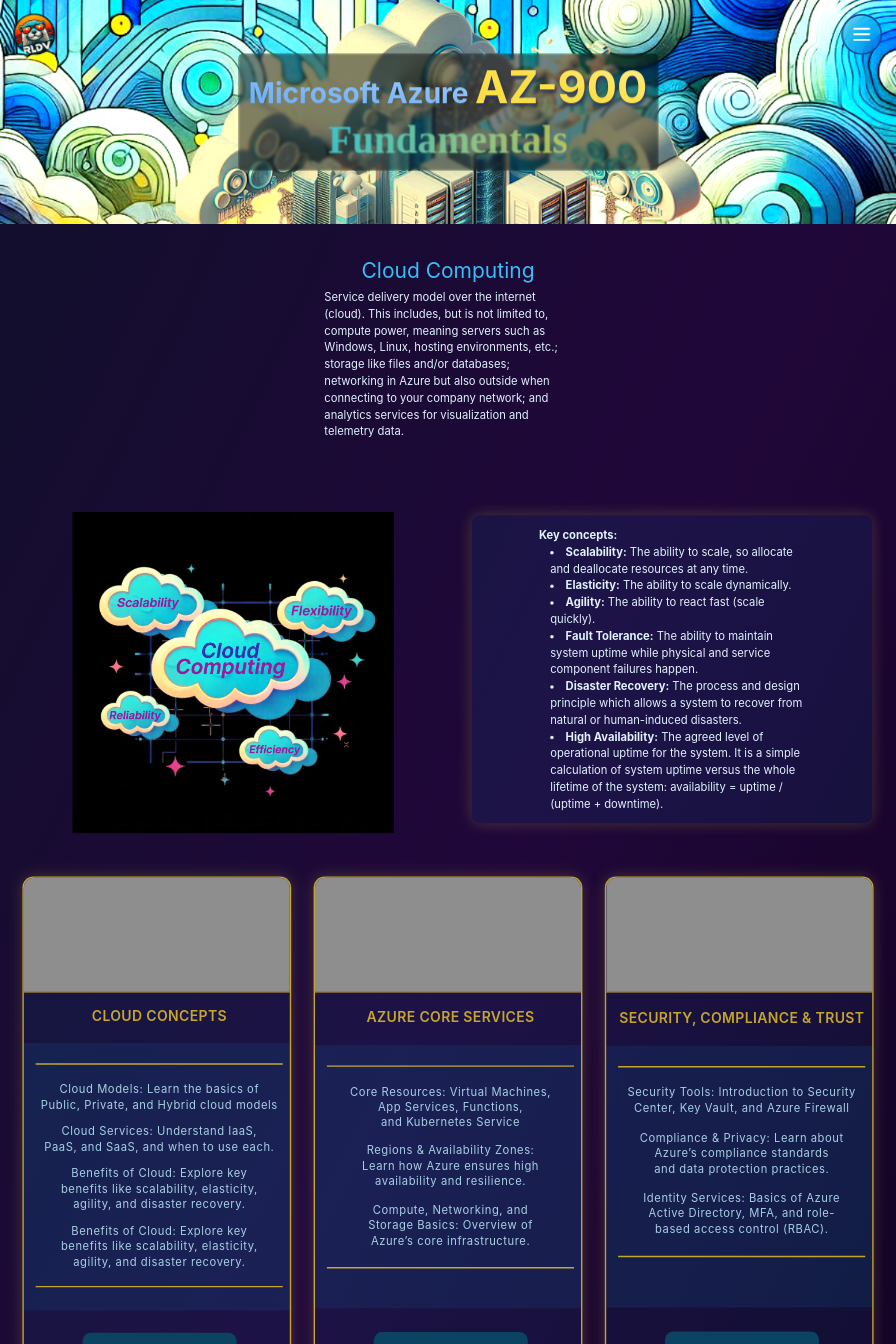
Repository: Freezler/az-900_svelte5
Page: /
An editor plug-in stored every save of this project. The page is shown before and after the next save, followed by the edit.
The browser window is 1280 px wide. The pictures show the part of the page from y = 0 to 1920 px (the page is 2730 px tall), at 70% of full size.
Pictures or frames that could not be fetched are drawn as grey boxes. The project was rebuilt for these pictures with package versions that can differ from the ones it lists, and the page was loaded fresh each time. The framework's server and built-in components were replaced by stand-ins that run in the browser. Also part of the build but not shown: vite.config.ts.

Above is the page before, as saved 2024-11-10 10:55:13.

After the next save:
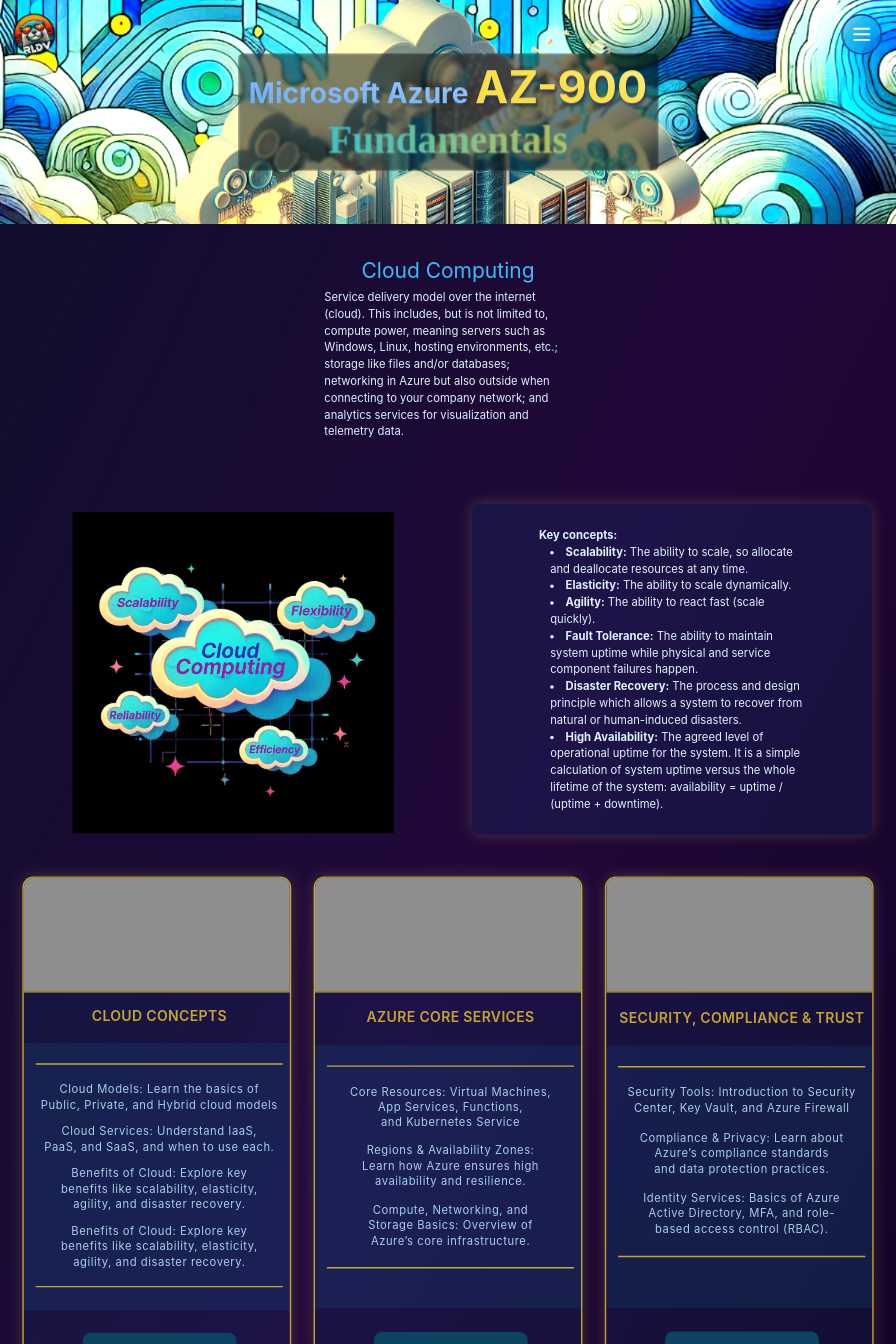
Saved 9 s later.
--- a/src/components/ComputingArticle.svelte
+++ b/src/components/ComputingArticle.svelte
@@ -17,7 +17,7 @@
 		class=" w-full md:w-[672px]  mx-auto rounded-2xl overflow-hidden  pr-12 mt-0"
 	/>
 	<article
-		class=" bg-sky-600/10  text-sky-100 px-24 py-4 w-[572px] mt-16 rounded-xl shadow-[0_0px_22px_rgba(255,255,99,0.2)]"
+		class=" bg-sky-600/10  text-sky-100 px-24 py-8 w-[572px] mt-16 rounded-xl shadow-[0_0px_22px_rgba(255,255,99,0.2)]"
 	>
 		<p><strong>Key concepts:</strong></p>
 		<ul class="list-inside list-disc pl-4">
